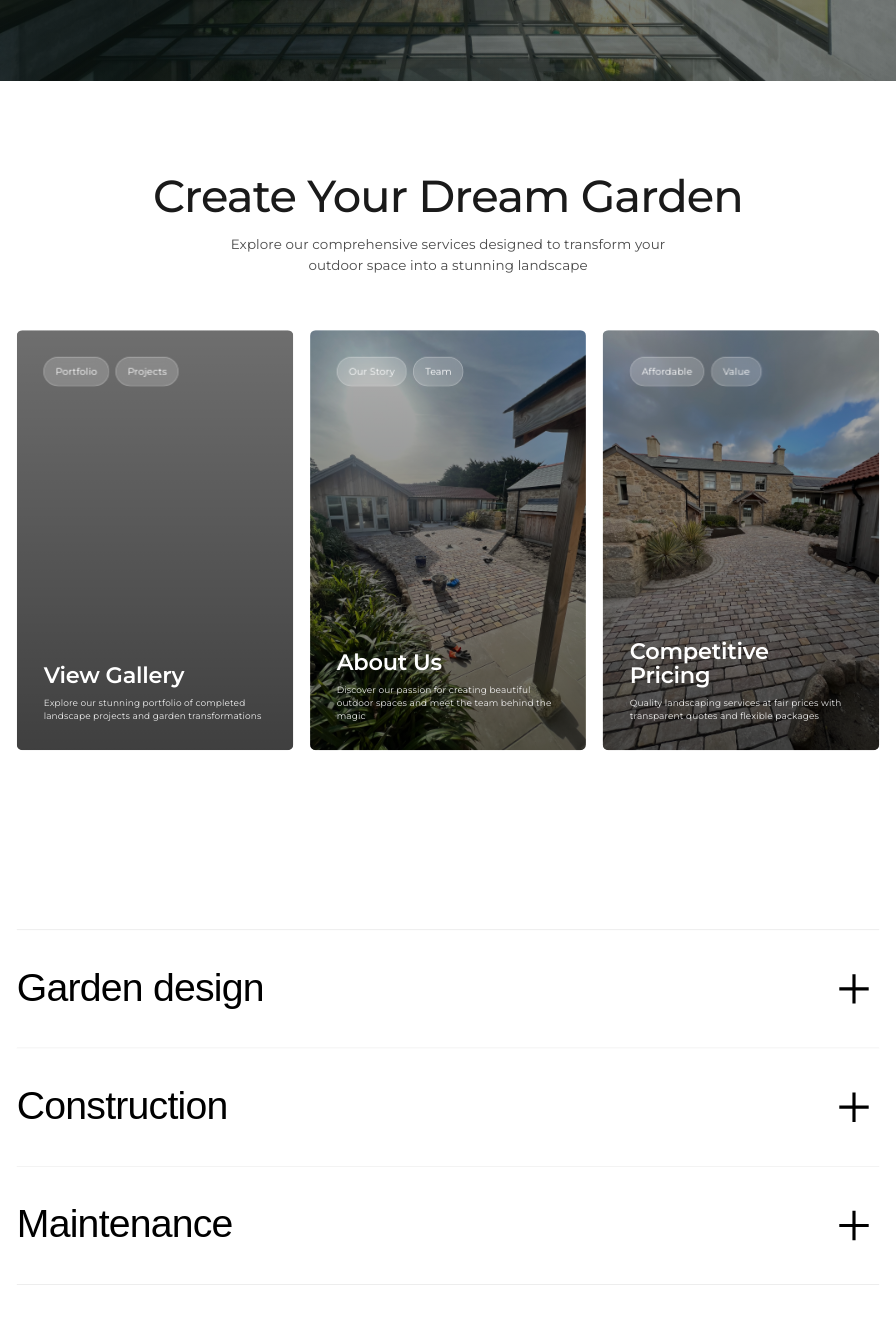
Repository: JoelMann1/MackenzieLandscapes
Page: index.html
The author's editor kept a copy of each file at every save. The page is drawn from the files as they stood at one save, then again after the next save.
The browser window is 1280 px wide. The pictures show the part of the page from y = 604 to 2524 px (the page is 5221 px tall before and 5263 px after), at 70% of full size.
Pictures or frames that could not be fetched are drawn as grey boxes. A picture or video elsewhere on the page could not be fetched, so the positions and the page height are approximate.

Above is the page before, as saved 2025-10-31 21:24:05.

After the next save:
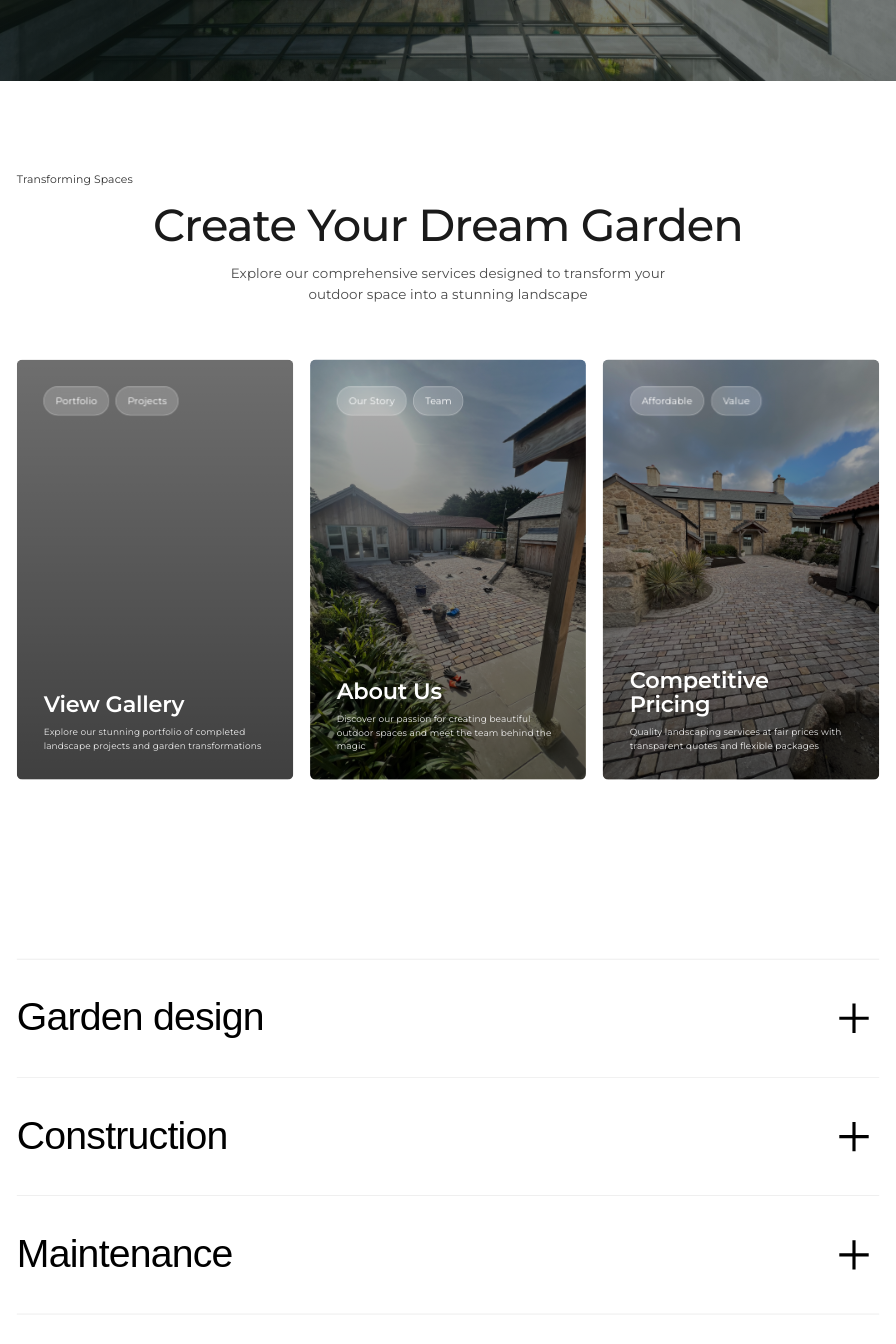
Saved 3 min 24 s later.
--- a/index.html
+++ b/index.html
@@ -178,8 +178,12 @@
 <!-- Create Your Dream Garden Section -->
 <section id="dream-garden" class="section section--dream-garden">
   <div class="container">
-    <h2 class="section-title">Create Your Dream Garden</h2>
-    <p class="section-subtitle">Explore our comprehensive services designed to transform your outdoor space into a stunning landscape</p>
+    <div class="dream-garden-header">
+      <div class="dream-garden-header__divider"></div>
+      <p class="dream-garden-header__tagline">Transforming Spaces</p>
+      <h2 class="section-title">Create Your Dream Garden</h2>
+      <p class="section-subtitle">Explore our comprehensive services designed to transform your outdoor space into a stunning landscape</p>
+    </div>
 
     <div class="dream-garden-cards">
       <div class="dream-card">
